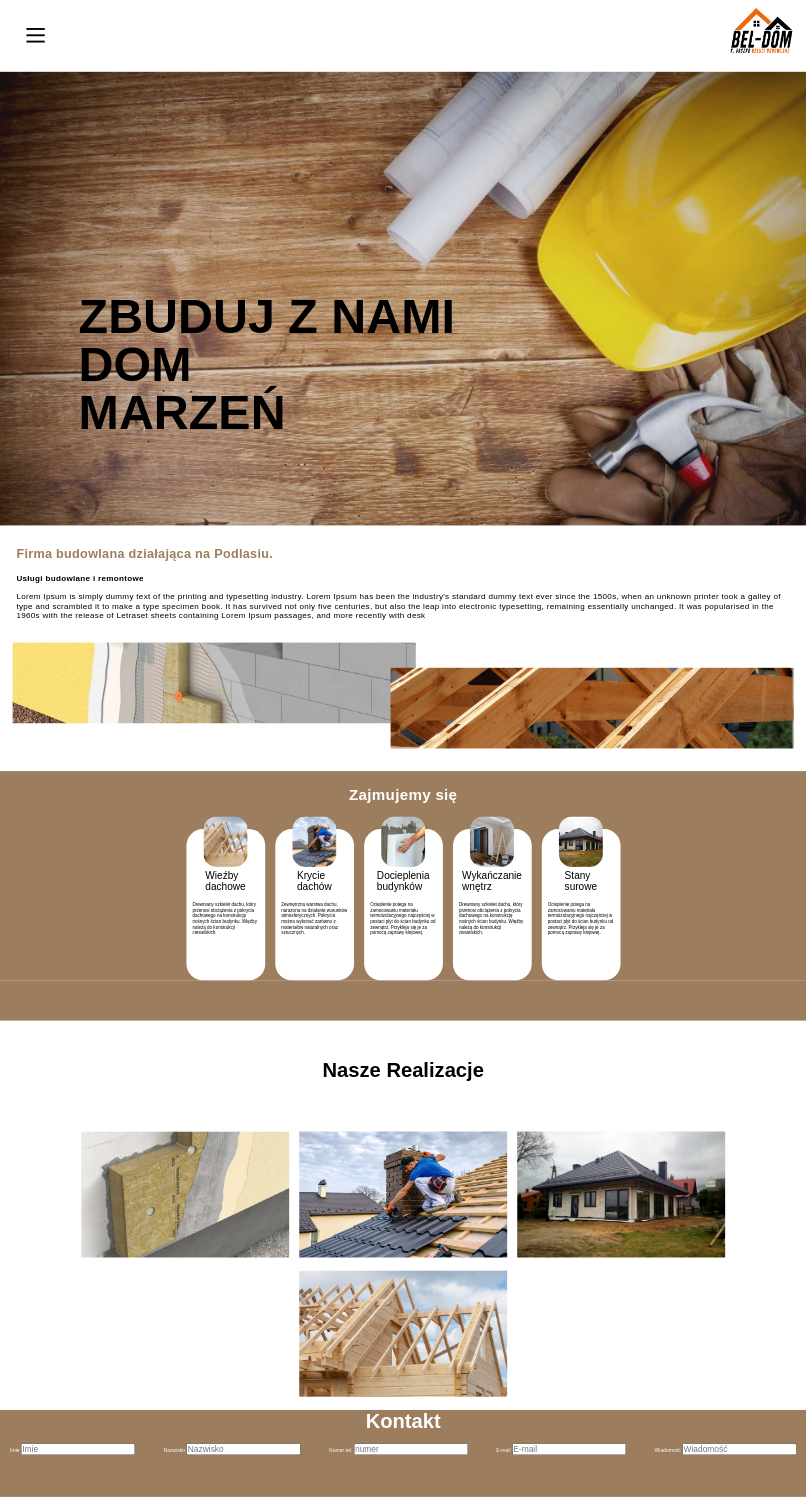
Repository: JakubPaszko2001/bel
Page: index.html
These files come from the project's save history. The page is drawn as it stood at one moment and after the next save; the edit follows.
The browser window is 1280 px wide. The pictures show the whole page, at 63% of full size.
Some web fonts or font styles are not loaded; a fallback is used.

Above is the page before, as saved 2022-03-05 16:07:50.

### index.html
<!DOCTYPE html>
<html lang="pl-PL">
<head>
    <meta charset="UTF-8">
    <meta http-equiv="X-UA-Compatible" content="IE=edge">
    <meta name="viewport" content="width=device-width, initial-scale=1.0">
    <title>BEL-DOM</title>
    <link rel="preconnect" href="https://fonts.googleapis.com">
    <link rel="preconnect" href="https://fonts.gstatic.com" crossorigin>
    <link href="https://fonts.googleapis.com/css2?family=Prompt:wght@300;400;700&display=swap" rel="stylesheet">
    <link rel="stylesheet" href="style.css">
    <link rel="stylesheet" href="lightbox.min.css">
    <script src="./js/lightbox-plus-jquery.min.js"></script>
</head>
<body>
<!-- HEADER -->
<header>
    <div class="container">
        <!-- SPAN -->
        <button class="hamburger">
            <span class="hamburger--menu">
                <span class="hamburger__inner"></span>
            </span>
        </button>
        <!-- LOGO -->
        <div class="header__logo">
            <img class="logo__pic" src="./images/logo.png" alt="logo">
        </div>
    </div>
</header>
<!-- MAIN -->
<main>
    <!-- NAV -->
    <div class="navigation">
        <ul class="navigation--list">
            <li class="navigation__item"><a href="#">jeden</a></li>
            <li class="navigation__item"><a href="#">dwa</a></li>
            <li class="navigation__item"><a href="#">trzy</a></li>
            <li class="navigation__item"><a href="#">cztery</a></li>
        </ul>
    </div>
    <!-- MAIN CONTAINER -->
    <div class="main--container">
        <div class="background__pic">
            <img src="./images/tlo1.png" alt="background">
        </div>
    <!-- TEXT ON IMG -->
        <h1 class="text">ZBUDUJ Z NAMI <br>DOM <br> MARZEŃ</h1>
    </div>
    <!-- TEXT -->
    <div class="main--text">
        <h1 class="main__text-h1">Firma budowlana działająca na Podlasiu.</h1>
        <h3 class="main__text-h3">Usługi budowlane i remontowe</h3>
        <h4 class="main__text-h4">Lorem Ipsum is simply dummy text of the printing and typesetting industry. Lorem Ipsum has been the industry's standard dummy text ever since the 1500s, when an unknown printer took a galley of type and scrambled it to make a type specimen book. It has survived not only five centuries, but also the leap into electronic typesetting, remaining essentially unchanged. It was popularised in the 1960s with the release of Letraset sheets containing Lorem Ipsum passages, and more recently with desk</h4>
    </div>
    <!-- PHOTOS -->
    <div class="main--photos">
        <img class="photo photo1" src="./images/docieplenie1.png" alt="photo2">
        <img class="photo photo2" src="./images/wiezby.png" alt="photo1">
    </div>
    <!-- CARDS -->
    <div class="cards--container">
        <h2 class="text-h2">Zajmujemy się</h2>
        <div class="cards--container__main">
            <div class="card">
                <div class="card-img">
                    <img class="card-img_style" src="./images/wiezby2.png" alt="wiezby">
                </div>
                <div class="card-title">
                    <div class="h1-title">Wieźby<br>dachowe</div>
                </div>
                <div class="card-text">
                    <div class="h1-text">Drewniany szkielet dachu, który przenosi obciążenia z pokrycia dachowego na konstrukcję nośnych ścian budynku. Więźby należą do konstrukcji ciesielskich.</div>
                </div>
            </div>
            <div class="card">
                <div class="card-img">
                    <img class="card-img_style" src="./images/krycie.png" alt="wiezby">
                </div>
                <div class="card-title">
                    <div class="h1-title">Krycie<br>dachów</div>
                </div>
                <div class="card-text">
                    <div class="h1-text">Zewnętrzna warstwa dachu, narażona na działanie warunków atmosferycznych. Pokrycia można wykonać zarówno z materiałów naturalnych oraz sztucznych.</div>
                </div>
            </div>
            <div class="card">
                <div class="card-img">
                    <img class="card-img_style" src="./images/docieplenie2.png" alt="wiezby">
                </div>
                <div class="card-title">
                    <div class="h1-title">Docieplenia<br>budynków</div>
                </div>
                <div class="card-text">
                    <div class="h1-text">Ocieplenie polega na zamocowaniu materiału termoizolacyjnego najczęściej w postaci płyt do ścian budynku od zewnątrz. Przykleja się je za pomocą zaprawy klejowej.</div>
                </div>
            </div>
            <div class="card">
                <div class="card-img">
                    <img class="card-img_style" src="./images/wnetrza.png" alt="wiezby">
                </div>
                <div class="card-title">
                    <div class="h1-title">Wykańczanie<br>wnętrz</div>
                </div>
                <div class="card-text">
                    <div class="h1-text">Drewniany szkielet dachu, który przenosi obciążenia z pokrycia dachowego na konstrukcję nośnych ścian budynku. Więźby należą do konstrukcji ciesielskich.</div>
                </div>
            </div>
            <div class="card">
                <div class="card-img">
                    <img class="card-img_style" src="./images/surowe.png" alt="wiezby">
                </div>
                <div class="card-title">
                    <div class="h1-title">Stany<br>surowe</div>
                </div>
                <div class="card-text">
                    <div class="h1-text">Ocieplenie polega na zamocowaniu materiału termoizolacyjnego najczęściej w postaci płyt do ścian budynku od zewnątrz. Przykleja się je za pomocą zaprawy klejowej.</div>
                </div>
            </div>
        </div>
    </div>
    <div class="brown"></div>
    <div class="realisation-text">
        <h1 class="realisation-h1">Nasze Realizacje</h1>
    </div>
    <div class="gallery">
        <a href="./images/docieplenie.png" data-lightbox="mygallery"><img class="gallery-img" src="./images/nazwa.png"></a>
        <a href="./images/krycie.png" data-lightbox="mygallery"><img class="gallery-img" src="./images/krycie.png"></a>
        <a href="./images/surowe.png" data-lightbox="mygallery"><img class="gallery-img" src="./images/surowe.png"></a>
        <a href="./images/wiezby2.png" data-lightbox="mygallery"><img class="gallery-img" src="./images/wiezby2.png"></a>
    </div>
    <div class="contact">
        <div class="contact-title">
            <h1>Kontakt</h1>
        </div>
        <div class="contact-text">
            <div class="row">
                <div class="group">
                    <label>Imie</label>
                    <input type="text" placeholder="Imie">
                </div>
                <div class="group">
                    <label>Nazwisko</label>
                    <input type="text" placeholder="Nazwisko">
                </div>
                <div class="group">
                    <label>Numer tel.</label>
                    <input type="text" placeholder="numer">
                </div>
                <div class="group">
                    <label>E-mail</label>
                    <input type="email" placeholder="E-mail">
                </div>
                <div class="group">
                    <label>Wiadomość</label>
                    <input type="text" placeholder="Wiadomość">
                </div>
            </div>
        </div>
    </div>
</main>
<!-- JS -->
<script src="./js/script.js" type="text/javascript"></script>
</body>
</html>

### style.css
:root {
    /* WEIGHT */
    --ww-bold: 700;
    --ww-normal: 400;
    --ww-small: 300;
    /* COLORS */
    --color-orange: #EB680D;
    --color-white: #ffffff;
    --color-black: #000000;
    --color-brown: #9c7d5d;
    /* SPACING */
    --margin: 1.25em;
    --margin-left: 1.625em;
    /* FONT SIZE */
    --fs-12: 1.25em;
    --fs-10: 0.8em;

}
* {
    margin: 0;
    padding: 0;
    box-sizing: border-box;
    font-family: 'Prompt', sans-serif;
    /* font-family: Arial, Helvetica, sans-serif; */
}
img {
    width: 100%;
    object-fit: cover;
}
.logo__pic {
    width: 6.875em;
    height: 6.875em;
}
.container {
    display: flex;
    margin: 0 var(--margin);
    justify-content: space-between;
    align-items: center;
}
.hamburger {
    padding: var(--margin-left);
    display: inline-block;
    cursor: pointer;
    background: transparent;
    border: 0;
    margin: 0;
}
.hamburger--menu  {
    width: 2.1875em;
    height: var(--margin);
    display: inline-block;
    position: relative;
}
.hamburger__inner {
    z-index: 999;
    width: 100%;
    height: 3px;
    background-color: black;
    position: absolute;
    left: 0;
    top: 50%;
    transform: translateY(-50%);
    transition: background-color 0.1s 0.2s ease-in-out;
}
.hamburger__inner::before,
.hamburger__inner::after {
    content: '';
    width: 100%;
    height: 3px;
    background-color: var(--color-black);
    position: absolute;
    left: 0;
    transition: transform 0.2s 0.2s ease-in-out;

}
.hamburger__inner::before {
    /* transform: translateY(-10px); */
    top: -10px;
}
.hamburger__inner::after {
    /* transform: translateY(10px); */
    top: 10px;
}
.hamburger--active .hamburger__inner {
    background-color: transparent;
}
.hamburger--active .hamburger__inner::before {
    transform: translateY(10px) rotate(45deg);
    background-color: var(--color-orange);
}
.hamburger--active .hamburger__inner::after {
    transform: translateY(-10px) rotate(-45deg);
    background-color: var(--color-orange);
}
.navigation {
    position: absolute;
    top: 0;
    left: 0;
    width: 10.9375em;
    height: 100vh;
    background-color: var(--color-black);
    display: flex;
    flex-direction: column;
    align-items: center;
    transform: translateX(-200px);
    transition: transform 0.3s 0.1s ease-in-out;
    z-index: 100;
}
.navigation--active {
    transform: translateX(0px);
}
.navigation--list {
    list-style: none;
}
.navigation__item {
    margin-bottom: 2.5em;
}
li:first-child {
    margin-top: 9.375em;
}
a {
    text-decoration: none;
    color: var(--color-orange);
    font-size: var(--margin);
}
.main--container {
    position: relative;
    z-index: 1;
}
.text {
    position: absolute;
    bottom: 20%;
    margin-left: var(--margin-left);
    line-height: 1em;
    font-size: 6vw;
    font-weight: var(--ww-bold);
}
.main--text {
    letter-spacing: 0.5px;
    margin: 0 var(--margin-left);
}
.main__text-h1 {
    margin-top: 1.5em;
    margin-bottom: 1.0em;
    font-size: var(--fs-12);
    font-weight: var(--ww-bold);
    color: var(--color-brown);

}
.main__text-h3 {
    font-size: var(--fs-10);
    font-weight: var(--ww-bold);
    margin-bottom: 1em;
}
.main__text-h4 {
    font-size: var(--fs-10);
    font-weight: var(--ww-normal);
}
.main--photos {
    display: flex;
    justify-content: center;
    align-items: center;
    position: relative;
    width: 100%;
    /* border: violet solid; */
    height: 15em;
}
.photo {
    width: 100%;
    height: 8em;
}
.photo1 {
    transform: translate(20px,-20px);
}
.photo2 {
    transform: translate(-20px,20px);
}
.cards--container {
    background: var(--color-brown);
    /* height: 100vh; */
}

.text-h2 {
    padding-top: 1em;
    color: var(--color-white);
    text-align: center;
    letter-spacing: 0.5px;
    padding-bottom: 1.25em;
    /* border: violet solid; */
}
.cards--container__main {
    display: flex;
    flex-wrap: wrap;
    width: 100%;
    justify-content: center;
    align-items: center;
    gap: 1em;
}
.card {
    display: flex;
    flex-direction: column;
    position: relative;
    height: 15em;
    width: 7.8125em;
    /* height: 300px;
    width: 175px; */
    background-color: var(--color-white);
    border-radius: 1.625em;
    margin-top: 0.625em;
}
.card-img {
    display: flex;
    height: 3.75em;
    justify-content: center;
    /* border: black solid; */

}
.card-img_style {
    width: 4.375em;
    height: 5em;
    border-radius: 1.3125em;
    position: absolute;
    top: -20px;
}
.card-title {
    height: 3.125em;
    width: 100%;
    margin-top: 5px;
    /* border: yellow solid; */
}
.h1-title {
    display: flex;
    justify-content: center;
    align-items: center;
    font-weight: var(--ww-normal);
}
.card-text {
    width: 100%;
    height: 100px;
    display: flex;
    flex-wrap: nowrap;
    /* border: green solid; */
}
.h1-text {
    font-size: 0.45em;
    font-weight: var(--ww-normal);
    padding: 0px 10px 10px 10px;
}
.brown {
    display: flex;
    width: 100%;
    height: 4em;
    background-color: var(--color-brown);
}
.realisation-text {
    display: flex;
    justify-content: center;
    align-items: center;
    height: 10em;
}
.gallery {
    display: flex;
    justify-content: center;
    align-items: center;
    flex-wrap: wrap;
    gap: 1em;
    padding: 1em 1em;
}
.gallery-img {
    width: 330px;
    height: 200px;
}
.contact {
    background-color: var(--color-brown);
    display: flex;
    flex-direction: column;
    color: var(--color-white);
}
.contact-title {
    display: flex;
    justify-content: center;
    align-items: center;
}
.contact-text {
    margin: 2em;
    font-size: 0.5em;
    font-weight: 100;
}
.contact-style {
    margin-bottom: 0.3em;
}
.row {
    display: flex;
    justify-content: space-between;
    flex-wrap: wrap;
    margin-bottom: 50px;
}

### js/script.js
const hamburger = document.querySelector('.hamburger');
const Click = () => {
    hamburger.classList.toggle('hamburger--active');
}
hamburger.addEventListener('click',Click);

Loaded but not shown: lightbox.min.css (common file); js/lightbox-plus-jquery.min.js (library)

After the next save:
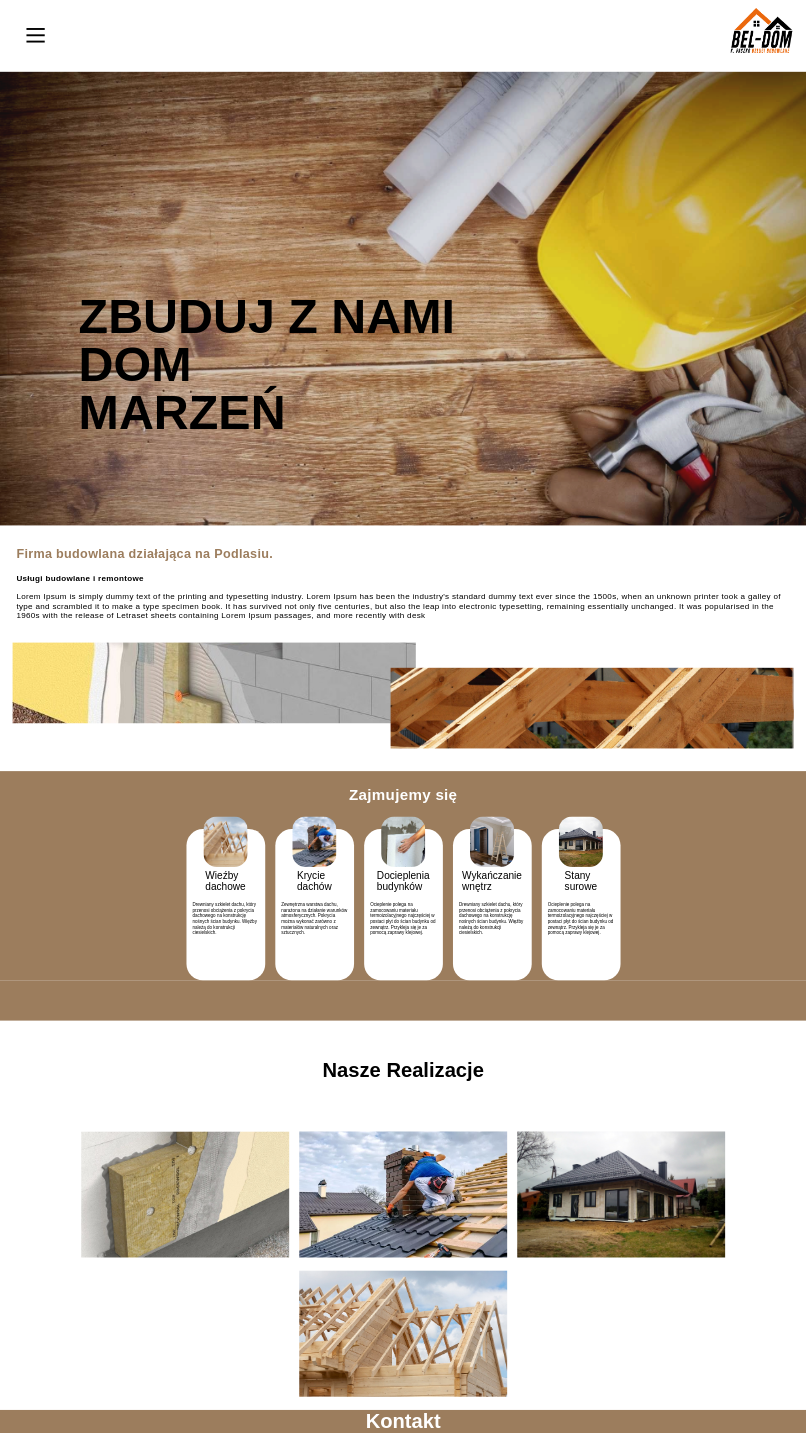
Saved 6 min 9 s later.
--- a/index.html
+++ b/index.html
@@ -133,30 +133,7 @@
         <div class="contact-title">
             <h1>Kontakt</h1>
         </div>
-        <div class="contact-text">
-            <div class="row">
-                <div class="group">
-                    <label>Imie</label>
-                    <input type="text" placeholder="Imie">
-                </div>
-                <div class="group">
-                    <label>Nazwisko</label>
-                    <input type="text" placeholder="Nazwisko">
-                </div>
-                <div class="group">
-                    <label>Numer tel.</label>
-                    <input type="text" placeholder="numer">
-                </div>
-                <div class="group">
-                    <label>E-mail</label>
-                    <input type="email" placeholder="E-mail">
-                </div>
-                <div class="group">
-                    <label>Wiadomość</label>
-                    <input type="text" placeholder="Wiadomość">
-                </div>
-            </div>
-        </div>
+
     </div>
 </main>
 <!-- JS -->
